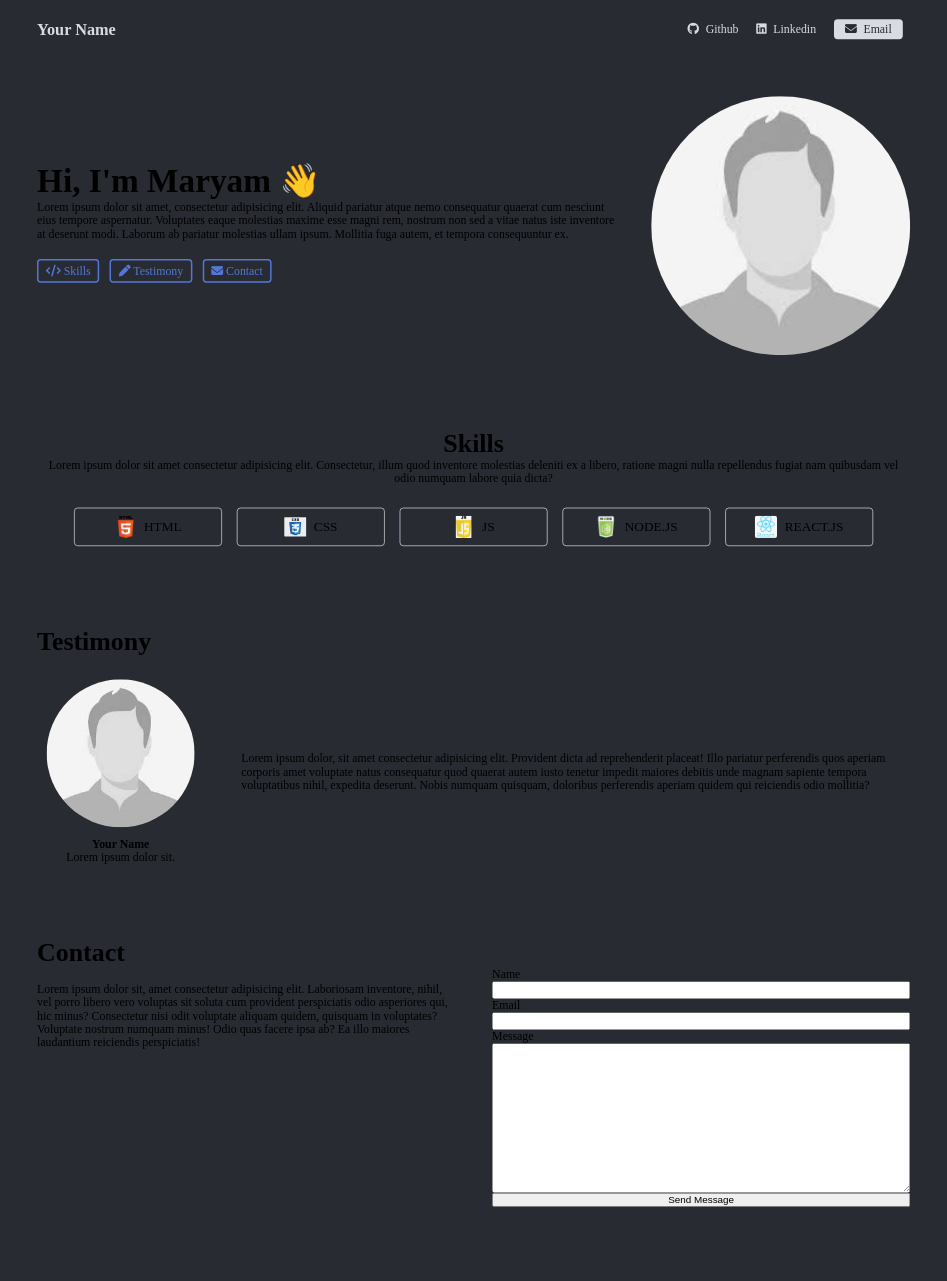
Repository: MaramMaryam/my-portfolio-test
Page: index.html
The author's editor kept a copy of each file at every save. The page is drawn from the files as they stood at one save, then again after a run of saves.
The browser window is 1280 px wide. The pictures show the whole page, at 74% of full size.
Some web libraries are served in a nearby version.

Above is the page before, as saved 2024-09-20 19:34:30.

### index.html
<!DOCTYPE html>
<html lang="en">

<head>
    <meta charset="UTF-8">
    <meta name="viewport" content="width=device-width, initial-scale=1.0">

    <link rel="preconnect" href="https://fonts.googleapis.com">
    <link rel="preconnect" href="https://fonts.gstatic.com" crossorigin>
    <link
        href="https://fonts.googleapis.com/css2?family=Poppins:ital,wght@0,100;0,200;0,300;0,400;0,500;0,600;0,700;0,800;0,900;1,100;1,200;1,300;1,400;1,500;1,600;1,700;1,800;1,900&display=swap"
        rel="stylesheet">

    <link rel="stylesheet" href="https://cdnjs.cloudflare.com/ajax/libs/font-awesome/6.6.0/css/all.min.css"
        integrity="sha512-Kc323vGBEqzTmouAECnVceyQqyqdsSiqLQISBL29aUW4U/M7pSPA/gEUZQqv1cwx4OnYxTxve5UMg5GT6L4JJg=="
        crossorigin="anonymous" referrerpolicy="no-referrer" />

    <link rel="stylesheet" href="styles.css">
    <title>My Portfolio</title>
</head>

<body>
    <!--navbar-->
    <nav>
        <div class="left">
            <a href="/"> Your Name </a>
        </div>
        <div class="right">
            <a href="http://github.com" target="_blank" rel="">
                <i class="fa-brands fa-github"></i>
                <span>Github</span>
            </a>

            <a href="http://linkedin.com" target="_blank" rel="">
                <i class="fa-brands fa-linkedin"></i>
                <span>Linkedin</span>
            </a>

            <a href="mailto:example@gmail.com">
                <i class="fa-solid fa-envelope"></i>
                <span>Email</span>
            </a>
        </div>
    </nav>
    <main>
        <!--section1-->
        <section class="hero-section">
            <div class="text">
                <h2>Hi, I'm Maryam 👋</h2>
                <p>Lorem ipsum dolor sit amet, consectetur adipisicing elit.
                    Aliquid pariatur atque nemo consequatur quaerat cum nesciunt eius tempore aspernatur.
                     Voluptates eaque molestias maxime esse magni rem, nostrum non sed a vitae natus iste inventore at deserunt modi.
                    Laborum ab pariatur molestias ullam ipsum.
                    Mollitia fuga autem, et tempora consequuntur ex.</p>

                    <div class="links">
                        <a href="#skills">
                            <i class="fa-solid fa-code"></i>
                            <span>Skills</span>
                        </a>
                        <a href="#testimony">
                            <i class="fa-solid fa-pen"></i>
                            <span>Testimony</span>
                        </a>
                        <a href="#contact">
                            <i class="fa-solid fa-envelope"></i>
                            <span>Contact</span>
                        </a>
                    </div>
            </div>
            <div class="headshot">
                <img src="images/headshot.jfif" alt="">
            </div>
        </section>
        <!--section2: skills-->
        <section id="skills" class="skills-section">
            <h2>Skills</h2>
            <div class="text">
                Lorem ipsum dolor sit amet consectetur adipisicing elit. Consectetur,
                illum quod inventore molestias deleniti ex a libero,
                ratione magni nulla repellendus fugiat nam quibusdam vel odio numquam labore quia dicta?
            </div>

            <div class="cells">
                <div class="cell">
                    <img src="images/HTML5.webp" alt="HTML5 logo">
                    <span>HTML</span>
                </div>

                <div class="cell">
                    <img src="images/css.webp" alt="css logo">
                    <span>CSS</span>
                </div>

                <div class="cell">
                    <img src="images/js.webp" alt="js logo">
                    <span>JS</span>
                </div>

                <div class="cell">
                    <img src="images/node.webp" alt="node logo">
                    <span>NODE.JS</span>
                </div>

                <div class="cell">
                    <img src="images/react.webp" alt="react logo">
                    <span>REACT.JS</span>
                </div>
            </div>
        </section>
        <!--section3: testimony-->
        <section id="testimony" class="testimony-section">
            <h2>Testimony</h2>
            <div class="group">
                <div class="person-details">
                    <img src="images/headshot.jfif" alt="">
                    <p>Your Name</p>
                    <p>Lorem ipsum dolor sit.</p>
                </div>
                <div class="text">
                    Lorem ipsum dolor, sit amet consectetur adipisicing elit. Provident dicta ad
                    reprehenderit placeat! Illo pariatur perferendis quos aperiam corporis amet voluptate
                    natus consequatur quod quaerat autem iusto tenetur impedit maiores debitis unde magnam
                    sapiente tempora voluptatibus nihil, expedita deserunt.
                    Nobis numquam quisquam, doloribus perferendis aperiam quidem qui reiciendis odio mollitia?
                </div>
            </div>
        </section>
        <!--section4: contact-->
        <section id="contact" class="contact-section">
            <h2>Contact</h2>
            <div class="group">
                <div class="text">
                    Lorem ipsum dolor sit, amet consectetur adipisicing elit.
                    Laboriosam inventore, nihil, vel porro libero vero voluptas sit soluta cum provident
                    perspiciatis odio asperiores qui, hic minus? Consectetur nisi odit voluptate aliquam quidem,
                     quisquam in voluptates? Voluptate nostrum numquam minus! Odio
                    quas facere ipsa ab? Ea illo maiores laudantium reiciendis perspiciatis!
                </div>

                <form action="">
                    <label for="name">Name</label>
                    <input type="text" id="name">

                    <label for="email">Email</label>
                    <input type="email" id="email">

                    <label for="message">Message</label>
                    <textarea name="" id="message" cols="30" rows="10"></textarea>

                    <button type="submit">Send Message</button>
                </form>
            </div>
        </section>
    </main>
</body>

</html>

### styles.css
:root {
  --text-color: #d8dce2;
  --link-color: #5377d8;
  --background-color: #282b31;
}
* {
  margin: 0;
  padding: 0;
  box-sizing: border-box;
}
html {
  scroll-behavior: smooth;
}
body {
  font-family: "Poppins" sans-serif;
  background-color: var(--background-color);
}
a {
  color: var(--link-color);
  text-decoration: none;
}

/* NAVBAR */
nav {
  display: flex;
  justify-content: space-between;
  padding: 0 50px;
  height: 80px;
  align-items: center;
}
nav .left a {
  color: var(--text-color);
  font-size: 22px;
  font-weight: 600;
}
nav .right a {
  color: var(--text-color);
  margin: 0 10px;
}
nav .right a:last-child {
  color: var(--background-color);
  background-color: var(--text-color);
  padding: 5px 15px;
  border-radius: 5px;
}
nav .right a span {
  margin-left: 5px;
}
/* SECTION 1: HERO */
.hero-section {
  display: flex;
  justify-content: space-between;
  align-items: center;
  padding: 0 50px;
  margin: 50px 0;
  gap: 40px;
  margin-bottom: 100px;
}
.hero-section .text {
  flex: 5;
}
.hero-section .text h2 {
  font-size: 45px;
}
.hero-section .text .links {
  margin-top: 25px;
}
.hero-section .text .links a {
  display: inline-block;
  padding: 5px 10px;
  border: 2px solid var(--link-color);
  border-radius: 5px;
  margin-right: 10px;
  margin-bottom: 10px;
  transition: 0.1s;
}
.hero-section .text .links a:hover {
  color: var(--text-color);
  border: 2px solid var(--text-color);
}
.hero-section .headshot {
  flex: 2;
  display: flex;
  justify-content: right;
}
.hero-section .headshot img {
  border-radius: 50%;
  width: 350px;
}

/* SECTION 2:Skills */
.skills-section {
  padding: 0 50px;
  margin-bottom: 100px;
}

.skills-section h2 {
  text-align: center;
  font-size: 35px;
}
.skills-section .text {
  text-align: center;
  margin-bottom: 20px;
}
.skills-section .cells {
  display: flex;
  justify-content: center;
  flex-wrap: wrap;
}
.skills-section .cells .cell {
  display: flex;
  justify-content: center;
  align-items: center;
  gap: 10px;
  width: 200px;
  padding: 10px 20px;
  margin: 10px;
  border: 1.5px solid #d3d3d3;
  border-radius: 5px;
}
.skills-section .cells .cell img {
  width: 30px;
  height: 30px;
  object-fit: contain;
  border-radius: 3px;
}
.skills-section .cells .cell span {
  font-size: 18px;
}

/* SECTION 3: Testimony  */
.testimony-section {
  padding: 0 50px;
  margin-bottom: 100px;
}
.testimony-section h2 {
  font-size: 35px;
  margin-bottom: 30px;
}
.testimony-section .group {
    display: flex;
    align-items: center;
    gap: 50px;
}
.testimony-section .group .person-details {
    text-align: center;
    flex: 2;
}
.testimony-section .group .person-details img {
    width: 200px;
    aspect-ratio: 1/1;
    object-fit: cover;
    border-radius: 50%;
    margin-bottom: 10px;
}
.testimony-section .group .person-details p {
    font-weight: 600;
}
.testimony-section .group .person-details p:last-child {
    font-weight: normal;
}

.testimony-section .group  .text {
    flex: 8;
}

  /* SECTION 4: Contact */
  .contact-section {
    padding: 0 50px;
    margin-bottom: 100px;
  }
  .contact-section h2 {
    font-size: 35px;
  }
  .contact-section .group {
    display: flex;
    gap: 50px;
  }
  .contact-section .group .text{
    flex: 3;
    margin-top: 20px;
  }
  .contact-section .group form {
    flex: 3;
    display: flex;
    flex-direction: column;
  }
  .contact-section .group form input,
  .contact-section .group form textarea {
    font-family: 'Poppins', sans-serif;
    border: ;
  }





@media (max-width: 850px) {
  /* SECTION1 : HERO*/
  .hero-section .text h2 {
    font-size: 35px;
  }
}

@media (max-width: 740px) {
  /* SECTION1 : HERO*/
  .hero-section {
    flex-direction: column-reverse;
  }
  .hero-section .headshot img {
    width: 300px;
  }
  /* SECTION 3: Testimony */
  .testimony-section {
    text-align: center;
  }
  .testimony-section .group {
    flex-direction: column;
  }
}

@media (max-width: 600px) {
  /* NAVBAR */
  nav {
    padding: 0 20px;
  }
  nav .right a {
    font-style: 22px;
  }
  nav .right a:last-child {
    color: var(--text-color);
    background-color: transparent;
    padding: 0;
  }
  nav .right a span {
    display: none;
  }

  /* SECTION1:HERO */
  .hero-section {
    padding: 0 20px;
  }
  .hero-section .text h2 {
    font-size: 30px;
  }
  /* SECTION2: Skills */

  .skills-section {
    padding: 0 20px;
  }
  .skills-section .cells .cell span {
    font-size: 16px;
  }
}

After the next 4 saves:
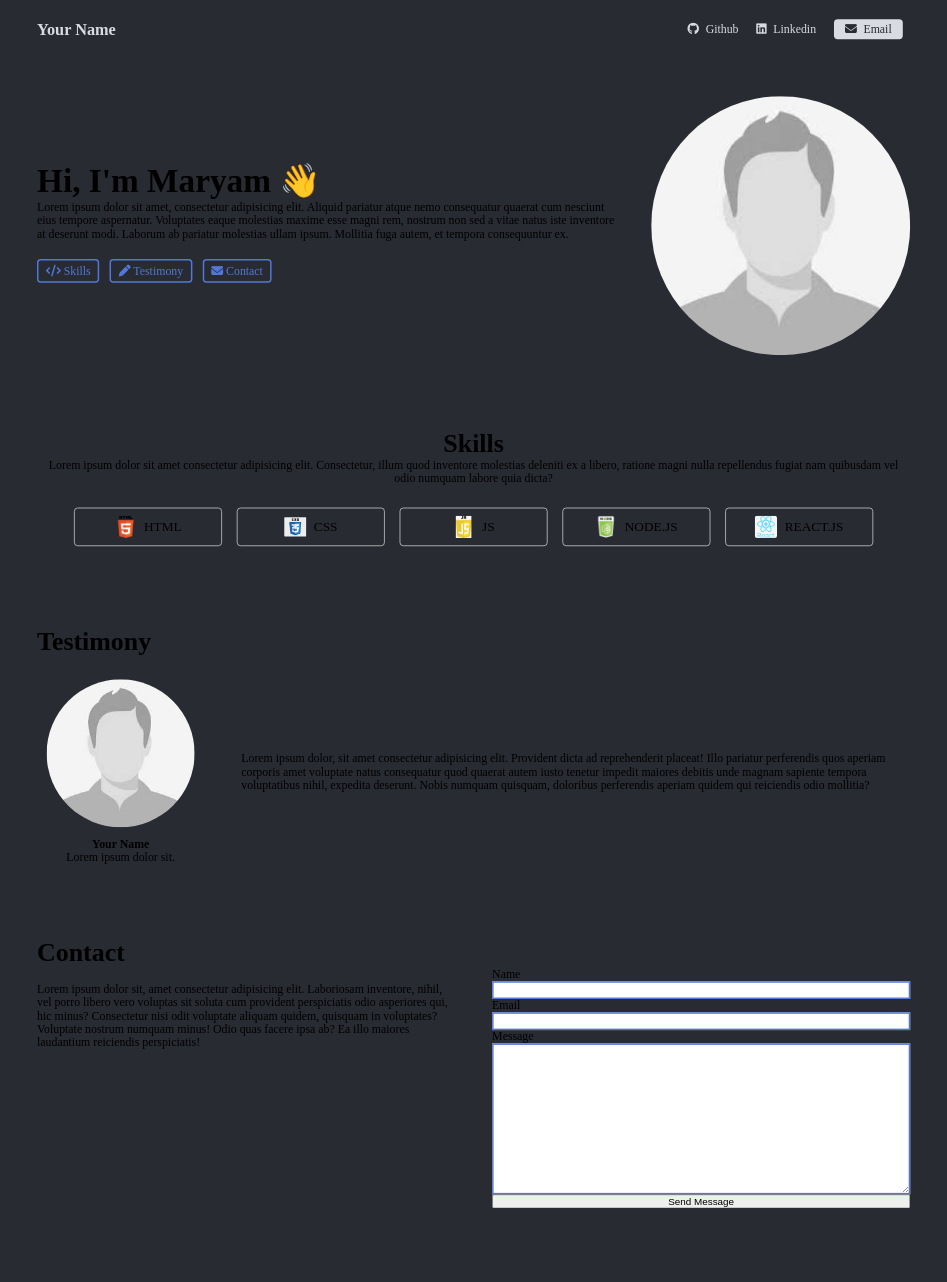
The 4 saves are shown as one change because they came seconds apart.
The last was saved 10 s later.
--- a/styles.css
+++ b/styles.css
@@ -188,7 +188,7 @@ nav .right a span {
   .contact-section .group form input,
   .contact-section .group form textarea {
     font-family: 'Poppins', sans-serif;
-    border: ;
+    border: 2px solid var(--link-color);
   }
 
 
